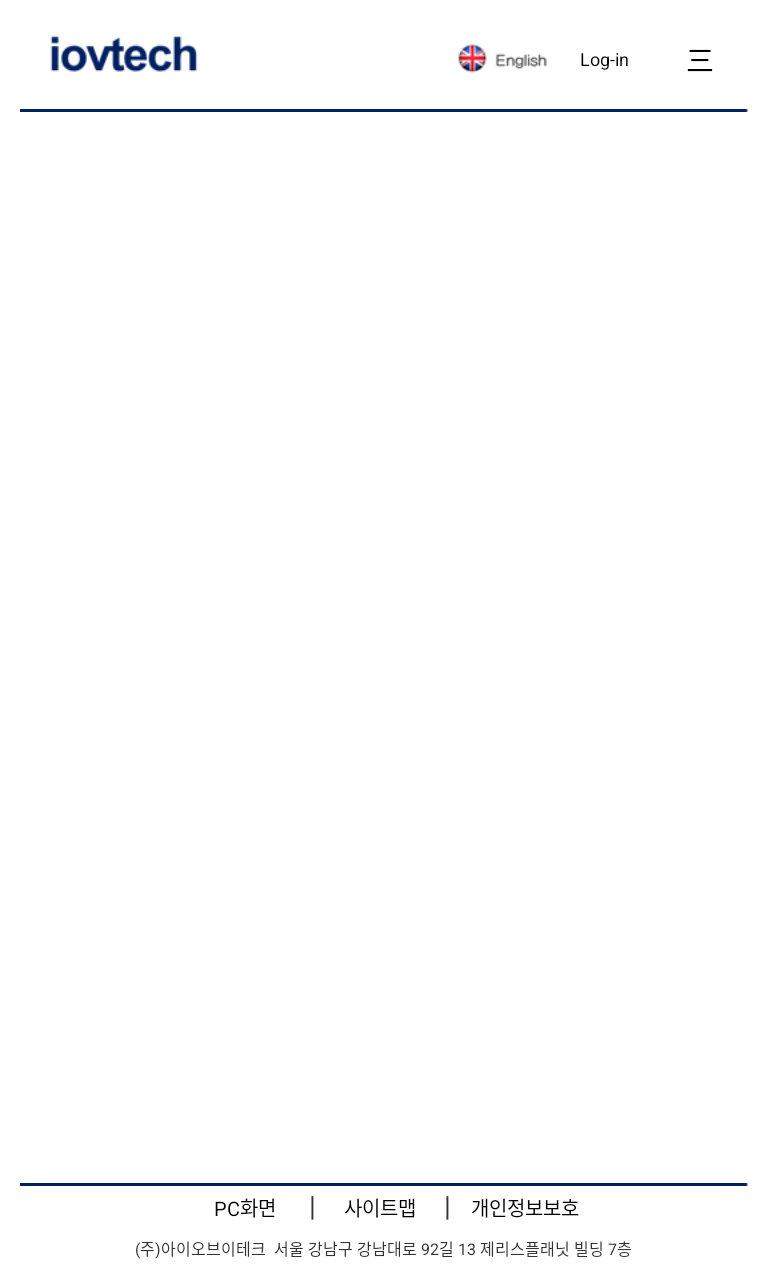
Repository: hyekkyung/CDH_Tutorials
Layout: Mobile_IOV/res/layout/test_page_0.xml
An editor plug-in stored every save of this project. The layout is shown before and after the next save, followed by the edit.
It is drawn on a 768 x 1280 px phone screen (xhdpi) without system bars, with theme AppTheme; the app's code is not run.

Above is the layout before, as saved 2015-02-02 06:05:00.

After the next save:
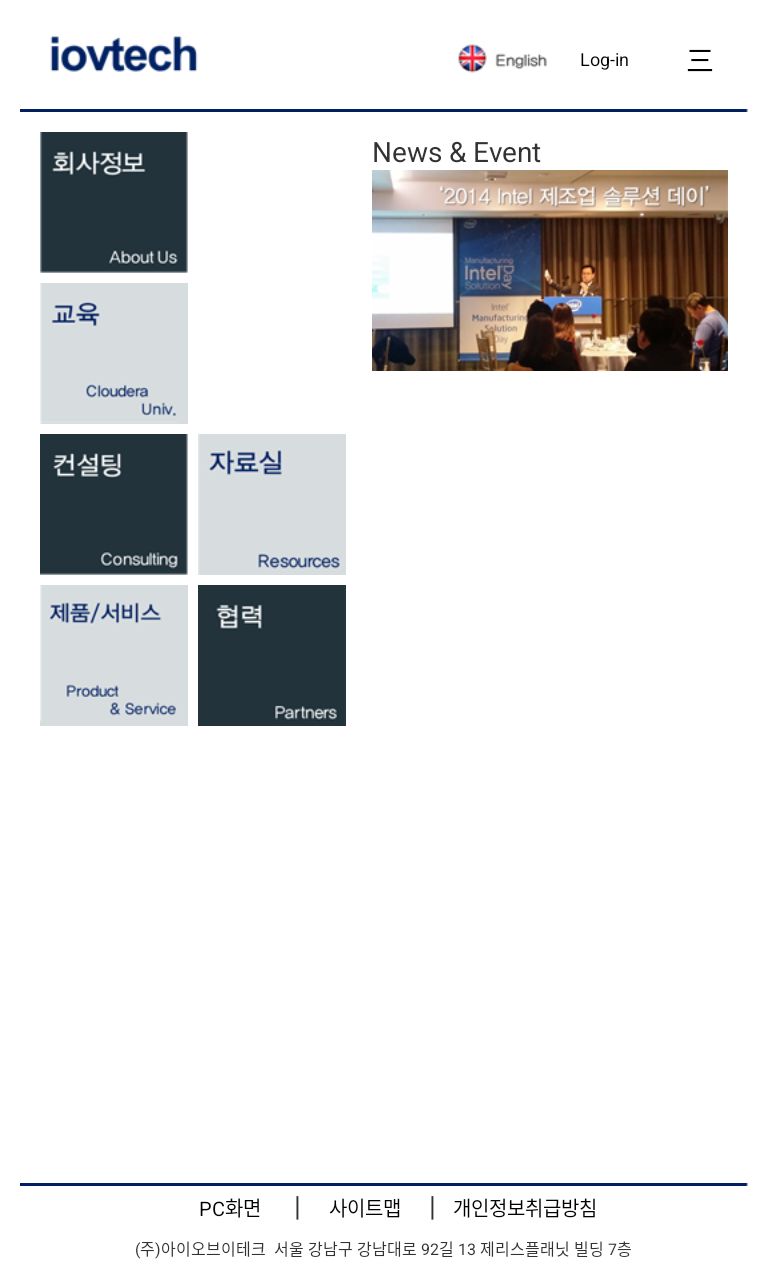
Saved 19 min 18 s later.
--- a/Mobile_IOV/res/layout/test_page_0.xml
+++ b/Mobile_IOV/res/layout/test_page_0.xml
@@ -118,7 +118,7 @@
             android:layout_width="wrap_content"
             android:layout_height="20sp"
             android:background="#FFFFFF"
-            android:text="  개인정보보호 "
+            android:text="  개인정보취급방침 "
             android:textSize="10sp" />
     </LinearLayout>
 
@@ -131,14 +131,97 @@
         android:paddingTop="5sp"
         android:src="@drawable/sep_line" />
 
-    <FrameLayout
+    <RelativeLayout
         android:layout_width="wrap_content"
         android:layout_height="wrap_content"
         android:layout_alignBottom="@+id/imageView3"
         android:layout_alignParentLeft="true"
         android:layout_alignRight="@+id/imageView3"
-        android:layout_below="@+id/imageView1" >
-
-    </FrameLayout>
+        android:layout_below="@+id/imageView1"
+        android:paddingLeft="10sp"
+        android:paddingRight="10sp"
+        android:paddingTop="10sp"
+        android:paddingBottom="10sp" >
+
+        <ImageButton
+            android:id="@+id/imageButton1"
+            android:layout_width="wrap_content"
+            android:layout_height="wrap_content"
+            android:layout_alignParentRight="true"
+            android:layout_below="@+id/textView2"
+            android:src="@drawable/event_1"
+            android:background="#FFFFFF" />
+
+        <TextView
+            android:id="@+id/textView2"
+            android:layout_width="wrap_content"
+            android:layout_height="wrap_content"
+            android:layout_alignLeft="@+id/imageButton1"
+            android:layout_alignParentTop="true"
+            android:text="News &amp; Event"
+            android:textAppearance="?android:attr/textAppearanceSmall" />
+
+        <ImageButton
+            android:id="@+id/imageButton2"
+            android:layout_width="wrap_content"
+            android:layout_height="wrap_content"
+            android:layout_alignParentLeft="true"
+            android:layout_alignTop="@+id/textView2"
+            android:background="#FFFFFF"
+            android:src="@drawable/icon_info" />
+
+        <ImageButton
+            android:id="@+id/imageButton3"
+            android:layout_width="wrap_content"
+            android:layout_height="wrap_content"
+            android:layout_alignParentLeft="true"
+            android:layout_below="@+id/imageButton2"
+            android:src="@drawable/icon_edu"
+            android:background="#FFFFFF"
+            android:paddingTop="5sp" />
+
+        <ImageButton
+            android:id="@+id/imageButton4"
+            android:layout_width="wrap_content"
+            android:layout_height="wrap_content"
+            android:layout_alignParentLeft="true"
+            android:layout_below="@+id/imageButton3"
+            android:src="@drawable/icon_consult"
+            android:background="#FFFFFF"
+            android:paddingTop="5sp" />
+
+        <ImageButton
+            android:id="@+id/imageButton5"
+            android:layout_width="wrap_content"
+            android:layout_height="wrap_content"
+            android:layout_alignParentLeft="true"
+            android:layout_below="@+id/imageButton4"
+            android:src="@drawable/icon_product"
+            android:background="#FFFFFF"
+            android:paddingTop="5sp" />
+
+        <ImageButton
+            android:id="@+id/imageButton6"
+            android:layout_width="wrap_content"
+            android:layout_height="wrap_content"
+            android:layout_alignTop="@+id/imageButton4"
+            android:layout_toRightOf="@+id/imageButton4"
+            android:src="@drawable/icon_resource"
+            android:background="#FFFFFF"
+            android:paddingTop="5sp"
+            android:paddingLeft="5sp" />
+
+        <ImageButton
+            android:id="@+id/imageButton7"
+            android:layout_width="wrap_content"
+            android:layout_height="wrap_content"
+            android:layout_alignLeft="@+id/imageButton6"
+            android:layout_alignTop="@+id/imageButton5"
+            android:src="@drawable/icon_partner"
+            android:background="#FFFFFF"
+            android:paddingTop="5sp"
+            android:paddingLeft="5sp" />
+
+    </RelativeLayout>
 
 </RelativeLayout>
